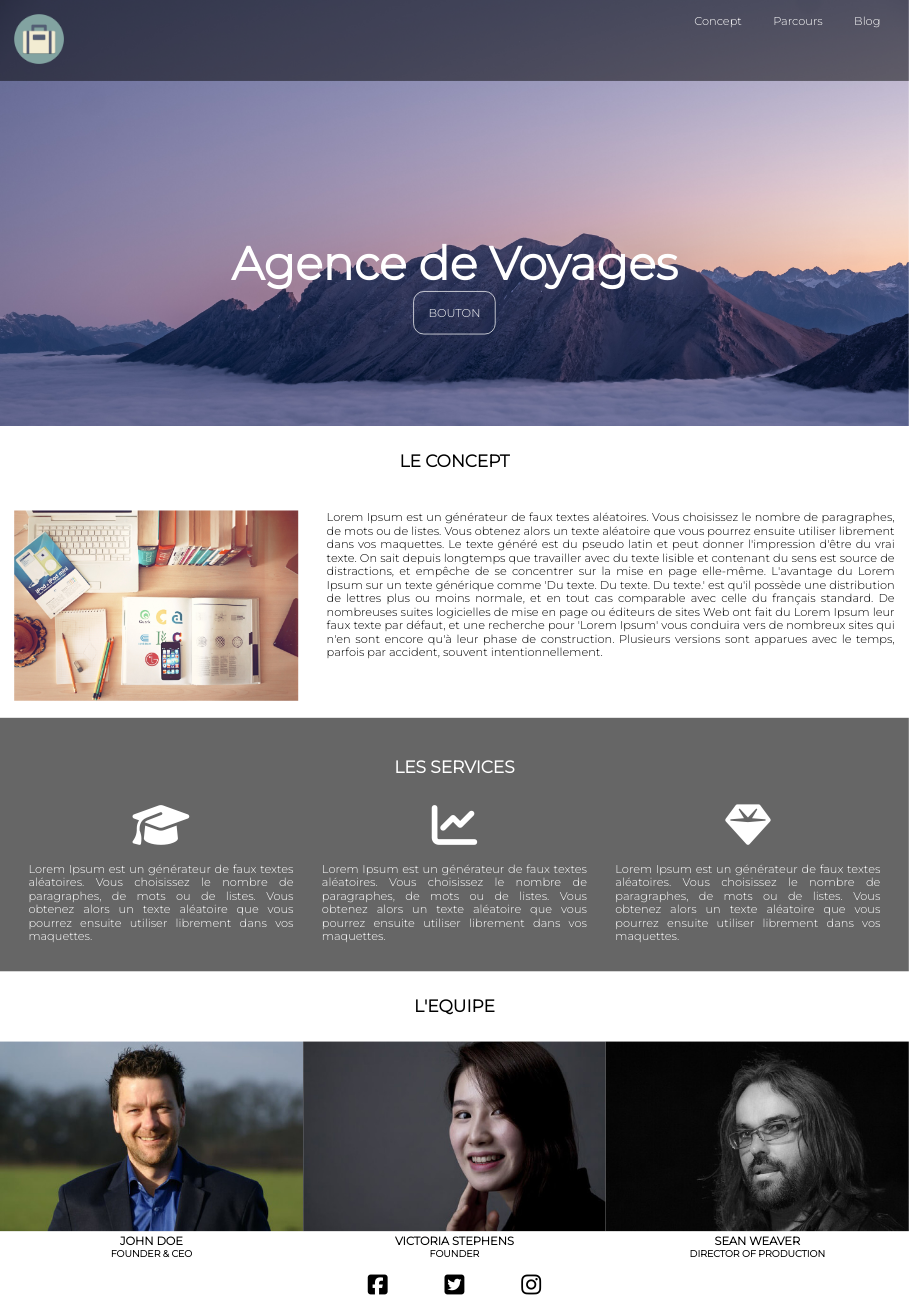
Repository: georeyff/WordPressThemes
Page: agenceVoyageInitial/index.html
These files come from the project's save history. The page is drawn as it stood at one moment and after the next save; the edit follows.
The browser window is 1280 px wide. The pictures show the whole page, at 71% of full size.
Some web libraries are served in a nearby version.

Above is the page before, as saved 2020-11-28 14:35:53.

After the next save:
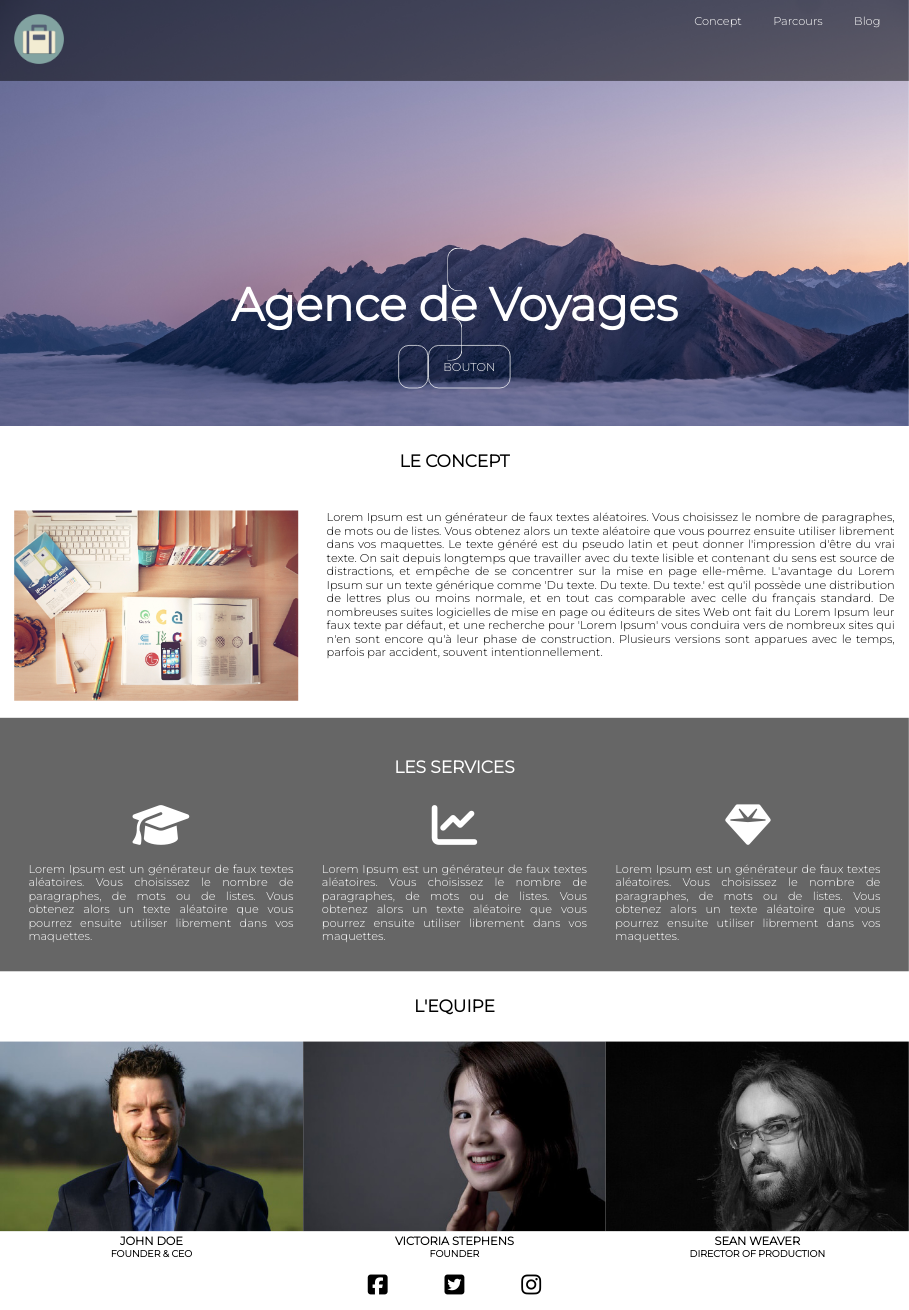
Saved 56 s later.
--- a/agenceVoyageInitial/index.html
+++ b/agenceVoyageInitial/index.html
@@ -27,7 +27,9 @@
         <div id="menuResp">
           <img src="images/hamburger.png" alt="Responsive Menu Icon" id="hamburger" width="30px">
           <div id="menuMobile">
-            test
+            <a href="#" target="_blank">Concept</a>
+            <a href="#" target="_blank">Parcours</a>
+            <a href="#" target="_blank">Blog</
           </div>
         </div>
 
